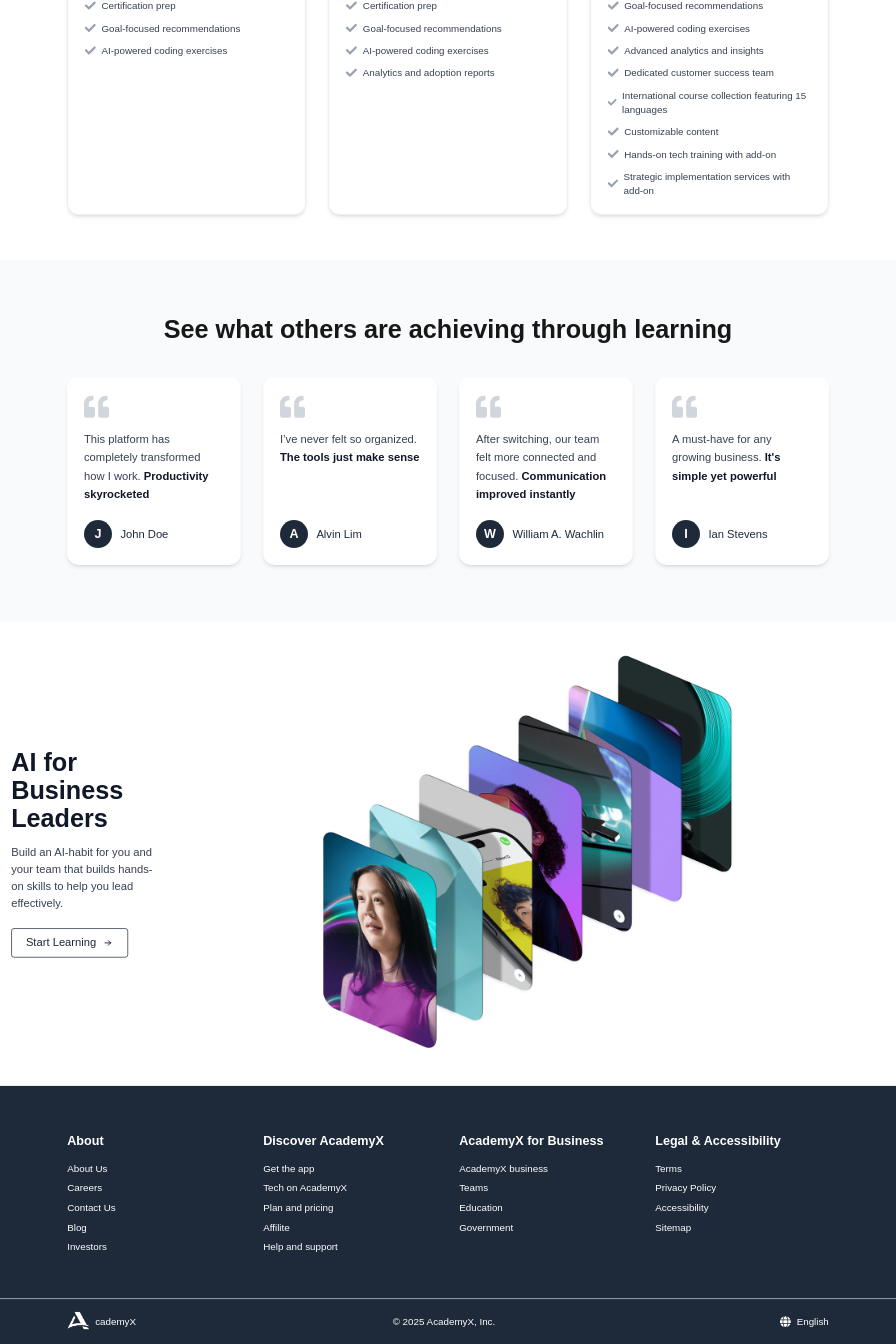
Repository: MohamedSalah54/full-stack-e-learning
Page: / (app in frontend/)
The author's editor kept a copy of each file at every save. The page is drawn from the files as they stood at one save, then again after the next save.
The browser window is 1280 px wide. The pictures show the part of the page from y = 1920 to 3840 px (the page is 3840 px tall), at 70% of full size.
The project was rebuilt for these pictures with package versions that can differ from the ones it lists, and the page was loaded fresh each time. The framework's server and built-in components were replaced by stand-ins that run in the browser. Also part of the build but not shown: frontend/next.config.ts.

Above is the page before, as saved 2025-06-16 15:30:07.

### frontend/src/app/layout.tsx
import type { Metadata } from "next";
import { Geist, Geist_Mono } from "next/font/google";
import "./globals.css";
import { Providers } from "@/app/providers";
import Navbar from "@/components/Navbar";
import Footer from "@/components/Footer";

const geistSans = Geist({
  variable: "--font-geist-sans",
  subsets: ["latin"],
});

const geistMono = Geist_Mono({
  variable: "--font-geist-mono",
  subsets: ["latin"],
});

export const metadata: Metadata = {
  title: "Create Next App",
  description: "Generated by create next app",
};

export default function RootLayout({
  children,
}: Readonly<{
  children: React.ReactNode;
}>) {
  return (
    <html lang="en">
      <body
        className={`${geistSans.variable} ${geistMono.variable} antialiased`}
      >
        <Navbar />
        <Providers>{children}</Providers>
        <Footer />
      </body>
    </html>
  );
}

### frontend/src/app/page.tsx
import HeroBannerFixed from "@/components/home/HeroBannerFixed"
import HeroBannerSlider from "@/components/home/HeroBannerSlider"
import HeroCategories from "@/components/home/HeroCategories"
import HeroPlans from "@/components/home/HeroPlans"
import HeroTestimonials from "@/components/home/HeroTestimonials"

const Home = () => {
  return (
    <main className="flex flex-col items-center justify-center">
      <HeroBannerSlider />
      <HeroCategories />
      <HeroPlans />
      <HeroTestimonials />
      <HeroBannerFixed />

    </main>
  )
}

export default Home

### frontend/src/app/providers.jsx
'use client';

import { Provider } from 'react-redux';
import { store } from '@/redux/store/store';
export function Providers({ children }) {
  return <Provider store={store}>{children}</Provider>;
}

### frontend/src/components/Footer.tsx
"use client"
import { useRouter } from "next/navigation";
import { FaGlobe } from "react-icons/fa";

export default function Footer() {
    const router = useRouter()
  return (
    <footer className="bg-gray-800 text-white">
      {/* Top Footer */}
      <div className="w-full px-6 md:px-16 lg:px-24 py-16">
        <div className="grid grid-cols-2 md:grid-cols-4 gap-8">
          {/* Column 1 */}
          <div>
            <h3 className="font-semibold text-lg mb-4">About</h3>
            <ul className="space-y-2 text-sm">
              <li>About Us</li>
              <li>Careers</li>
              <li>Contact Us</li>
              <li>Blog</li>
              <li>Investors</li>
            </ul>
          </div>

          {/* Column 2 */}
          <div>
            <h3 className="font-semibold text-lg mb-4">Discover AcademyX</h3>
            <ul className="space-y-2 text-sm">
              <li>Get the app</li>
              <li>Tech on AcademyX</li>
              <li>Plan and pricing</li>
              <li>Affilite</li>
              <li>Help and support</li>
            </ul>
          </div>

          {/* Column 3 */}
          <div>
            <h3 className="font-semibold text-lg mb-4">AcademyX for Business</h3>
            <ul className="space-y-2 text-sm">
              <li>AcademyX business</li>
              <li>Teams</li>
              <li>Education</li>
              <li>Government</li>
            </ul>
          </div>

          {/* Column 4 */}
          <div>
            <h3 className="font-semibold text-lg mb-4">Legal & Accessibility</h3>
            <ul className="space-y-2 text-sm">
              <li>Terms</li>
              <li>Privacy Policy</li>
              <li>Accessibility</li>
              <li>Sitemap</li>
            </ul>
          </div>
        </div>
      </div>

      {/* Divider */}
      <div className="border-t border-white" />

      {/* Bottom Footer */}
      <div className="bg-gray-800 text-white py-4 px-6 md:px-16 lg:px-24 flex flex-col md:flex-row justify-between items-center text-sm">
        {/* Left side */}
        <div className="flex items-center gap-2 mb-4 md:mb-0 cursor-pointer" onClick={() => router.push('/')}>
          <img src="/logo.png" alt="Logo" className="w-8 h-8 invert" />
          <span>cademyX</span>

        </div>
        <span className="mr-10">© 2025 AcademyX, Inc.</span>

        {/* Right side */}
        <div className="flex items-center gap-2">
          <FaGlobe className="w-4 h-4" />
          <span>English</span>
        </div>
      </div>
    </footer>
  );
}

### frontend/src/components/home/HeroBannerFixed.tsx
// components/HeroBannerFixed.tsx
'use client';

import { HiOutlineArrowSmRight } from "react-icons/hi";

const HeroBannerFixed = () => {
    return (
        <section className="w-full bg-white py-10">
            <div className="max-w-7xl mx-auto px-4 flex flex-col-reverse md:flex-row items-center justify-between gap-10">
                {/* Text content on the left */}
                <div className="w-full md:w-1/2 text-left">
                    <h1 className="text-2xl sm:text-3xl md:text-4xl font-bold text-gray-900 mb-4">
                        AI for Business Leaders
                    </h1>
                    <span className="block text-gray-700 text-base mb-6">
                        Build an AI-habit for you and your team that builds hands-on skills to help you lead effectively.

                    </span>
                    <button className="px-5 py-2 bg-white text-gray-800 border border-gray-800 rounded hover:bg-gray-200 transition flex items-center gap-2 cursor-pointer">
                        Start Learning <HiOutlineArrowSmRight />
                    </button>

                </div>

                {/* Image on the right */}
                <div className="w-full flex justify-end">
                    <div className="w-full md:w-[500px] lg:w-[1000px] ml-auto">
                        <img
                            src="/hero-fixed.png"
                            alt="Hero"
                            className="w-full h-auto rounded-md object-contain"
                        />
                    </div>
                </div>
            </div>
        </section>
    );
};

export default HeroBannerFixed;

### frontend/src/components/home/HeroBannerSlider.tsx
"use client";

import React, { useState } from "react";
import { FaArrowLeft, FaArrowRight } from "react-icons/fa";
import { heroSlides } from "@/constants";

const slides = heroSlides;

const HeroBannerSlider = () => {
  const [current, setCurrent] = useState(0);

  const nextSlide = () => {
    setCurrent((prev) => (prev + 1) % slides.length);
  };

  const prevSlide = () => {
    setCurrent((prev) => (prev - 1 + slides.length) % slides.length);
  };

  return (
    <>
      {/* Slider Section */}
      <section className="w-full relative bg-white overflow-hidden">
        {/* Wrapper for center and padding on large screens */}
        <div className="w-full max-w-screen-xl mx-auto relative h-[300px] sm:h-[400px] md:h-[500px]">
          {slides.map((slide, index) => (
            <img
              key={index}
              src={slide.image}
              alt="Hero"
              className={`absolute top-0 left-0 w-full h-full object-cover object-[60%] transition-opacity duration-700 ${
                index === current ? "opacity-100 z-10" : "opacity-0 z-0"
              }`}
            />
          ))}

          {/* Arrows */}
          <button
            onClick={prevSlide}
            className="absolute top-1/2 left-4 transform -translate-y-1/2 bg-white text-black p-2 rounded-full shadow hover:bg-gray-200 z-40"
          >
            <FaArrowLeft />
          </button>
          <button
            onClick={nextSlide}
            className="absolute top-1/2 right-4 transform -translate-y-1/2 bg-white text-black p-2 rounded-full shadow hover:bg-gray-200 z-40"
          >
            <FaArrowRight />
          </button>

          {/* Text Box for Large Screens */}
          <div className="hidden md:block absolute top-1/2 left-[170px] transform -translate-y-1/2 z-30">
            <div className="bg-white/90 p-5 rounded-md max-w-sm shadow-md">
              <h1 className="text-2xl lg:text-3xl font-bold text-gray-900 mb-2">
                {slides[current].title}
              </h1>
              <p className="text-gray-700 text-base">{slides[current].description}</p>
            </div>
          </div>
        </div>
      </section>

      {/* Text Below Image for Small Screens */}
      <div className="block md:hidden w-full bg-white pt-6 px-4">
        <div className="bg-white p-0 shadow-none rounded-none">
          <h1 className="text-xl font-bold text-gray-900 mb-2">{slides[current].title}</h1>
          <p className="text-gray-700 text-sm">{slides[current].description}</p>
        </div>
      </div>

      {/* Section Below */}
      <div className="w-full text-left py-10 bg-white px-4 sm:px-10 md:px-32">
        <h1 className="text-2xl sm:text-3xl font-bold text-gray-900 mb-4">
          Ready to reimagine your career?
        </h1>
        <p className="text-base sm:text-lg text-gray-700 max-w-xl">
          Get the skills and real-world experience employers want with Career Accelerators.
        </p>
      </div>
    </>
  );
};

export default HeroBannerSlider;

### frontend/src/components/home/HeroCategories.tsx
import { heroCategories } from "@/constants";

const HeroCategories = () => {
    const categories = heroCategories
    return (
       <section className="w-full py-16 px-4 bg-white">
  {/* Cards */}
  <div className="max-w-7xl mx-auto grid grid-cols-1 sm:grid-cols-2 lg:grid-cols-3 gap-8">
    {categories.map((cat, index) => (
      <div
        key={index}
        className="bg-white rounded-xl overflow-hidden shadow transition min-h-[350px] hover:bg-gray-100 cursor-pointer"
      >
        <img
          src={cat.image}
          alt={cat.title}
          className="w-full h-[250px] object-contain bg-white"
        />
        <div className="p-4">
          <h3 className="text-xl font-semibold text-gray-900 mb-2">{cat.title}</h3>
          <p className="text-sm text-gray-600 flex items-center gap-2">
            {"⭐".repeat(Math.round(cat.rating))}
            <span className="text-xs text-gray-500 ml-2">
              ({cat.reviews} reviews)
            </span>
          </p>
        </div>
      </div>
    ))}
  </div>

  {/* Search button */}
  <div className="flex justify-start mt-10 max-w-7xl mx-auto">
    <button className="bg-gray-800 text-white px-6 py-3 rounded-md hover:bg-gray-700 transition cursor-pointer">
      Search All Categories
    </button>
  </div>

  {/* Heading + Span */}
  <div className="text-left mt-10 max-w-7xl mx-auto">
    <h1 className="text-3xl font-bold text-gray-900 mb-2">
      All the skills you need in one place
    </h1>
    <span className="text-gray-600 text-base">
      From critical skills to technical topics, AcademyX supports your professional development.
    </span>
  </div>
</section>

    );
};

export default HeroCategories;

### frontend/src/components/home/HeroPlans.tsx
import { heroPlans } from "@/constants";
import { FaCheck, FaArrowRight } from "react-icons/fa";

export default function HeroPlans() {
    return (
        <section className="w-full bg-white py-16 px-6 md:px-16 lg:px-24">
            <div className="max-w-full mx-auto">
                <h1 className="text-4xl font-bold mb-4 text-center">
                    Accelerate growth — for you or your organization
                </h1>
                <span className="text-gray-600 mb-12 block text-center">
                    Reach goals faster with one of our plans or programs. Try one free today or contact sales to learn more.
                </span>

                <div className="grid grid-cols-1 md:grid-cols-3 gap-8">
                    {heroPlans.map((plan, index) => {
                        const Icon = plan.icon;
                        return (
                            <div
                                key={index}
                                className="w-full rounded-2xl shadow-md border border-gray-200 overflow-hidden hover:shadow-xl transition duration-300 flex flex-col min-h-[550px]"
                            >
                                {/* Top Border */}
                                <div className={`h-2 ${plan.color}`}></div>

                                <div className="p-6 flex flex-col flex-grow">
                                    {/* Title Section */}
                                    <div className="mb-6 text-center">
                                        <h2 className="text-xl font-bold mb-1">{plan.name}</h2>
                                        <div className="flex justify-center items-center gap-2 text-xs text-gray-600">
                                            <Icon className="w-4 h-4" />
                                            <span className="capitalize">{plan.type}</span>
                                        </div>
                                    </div>

                                    {/* Price */}
                                    <p className="text-2xl font-bold text-gray-900 text-center mb-6">
                                        {plan.price}
                                    </p>

                                    {/* Button */}
                                    <div className="flex justify-center mb-6">
                                        <button className="flex items-center gap-2 bg-gray-800 text-white px-6 py-3 rounded-full hover:bg-gray-700 transition">
                                            Try it free
                                            <FaArrowRight className="w-3 h-3" />
                                        </button>
                                    </div>

                                    {/* Features */}
                                    <ul className="text-sm text-gray-700 space-y-3">
                                        {plan.features.map((feature, idx) => (
                                            <li key={idx} className="flex items-center gap-2">
                                                <FaCheck className="text-gray-400 w-4 h-4" />
                                                {feature}
                                            </li>
                                        ))}
                                    </ul>

                                    {/* Spacer */}
                                    <div className="flex-grow" />
                                </div>
                            </div>
                        );
                    })}
                </div>
            </div>
        </section>
    );
}

### frontend/src/components/home/HeroTestimonials.tsx
 import { heroTestimonials } from "@/constants";
import { FaQuoteLeft } from "react-icons/fa";

export default function HeroTestimonials() {
  return (
    <section className="w-full bg-gray-50 py-20 px-6 md:px-16 lg:px-24">
      <div className="max-w-7xl mx-auto">
        <h1 className="text-4xl font-bold text-center mb-12">See what others are achieving through learning</h1>
        <div className="grid grid-cols-1 md:grid-cols-2 lg:grid-cols-4 gap-8">
          {heroTestimonials.map((item) => (
            <div
              key={item.id}
              className="bg-white rounded-2xl shadow-md p-6 flex flex-col justify-between h-full"
            >
              {/* Quote icon */}
              <div className="text-gray-300 text-4xl mb-4">
                <FaQuoteLeft />
              </div>

              {/* Text */}
              <p className="text-gray-700 mb-6 leading-relaxed">
                {item.text}
                <strong className="font-semibold text-gray-900"> {item.highlight}</strong>
              </p>

              {/* Avatar */}
              <div className="flex items-center gap-3 mt-auto">
                <div className="w-10 h-10 bg-gray-800 text-white flex items-center justify-center rounded-full text-lg font-bold">
                  {item.name[0]}
                </div>
                <span className="text-gray-800 font-medium">{item.name}</span>
              </div>
            </div>
          ))}
        </div>
      </div>
    </section>
  );
}

### frontend/src/constants/index.ts
//Home Page
import { FaUser, FaUsers, FaBuilding , FaQuoteLeft} from "react-icons/fa";


export const heroSlides = [
    {
        image: "/banner1.jpg",
        title: "Skills that drive you forward",
        description: "Technology and the world of work change fast — with us, you’re faster. Get the skills to achieve goals and stay competitive.",
    },
    {
        image: "/banner2.jpg",
        title: "Learning that gets you",
        description: "Skills for your present (and your future). Get started with us.",
    },
];

export const heroCategories = [
    {
        title: "Full Stack Web Development",
        image: "/full-stack.jpg",
        rating: 5.0,
        reviews: 2100,
    },
    {
        title: "Digital Marketing",
        image: "/digital-marketing.jpg",
        rating: 4.0,
        reviews: 980,
    },
    {
        title: "Data Science",
        image: "/data-science.jpg",
        rating: 4.5,
        reviews: 1234,
    },
];


export const heroPlans = [
  {
    name: "Personal Plan",
    icon: FaUser,
    type: "For you",
    price: "Starting at E£204.00 per month",
    features: [" Access to 26,000+ top courses", "Certification prep", "Goal-focused recommendations","AI-powered coding exercises"],
    color: "bg-gray-800",
  },
  {
    name: "Team Plan",
    icon: FaUsers,
    type: "For your team",
    price: "E£1,490.00 a month per user",
    features: ["Access to 13,000+ top courses", " Certification prep", "Goal-focused recommendations","AI-powered coding exercises","Analytics and adoption reports"],
    color: "bg-gray-600",
  },
  {
    name: "Organize Plan",
    icon: FaBuilding,
    type: "For your organization",
    price: "Contact sales for price",
    features: ["Access to 30,000+ top courses", "Certification prep", "Goal-focused recommendations","AI-powered coding exercises","Advanced analytics and insights","Dedicated customer success team","International course collection featuring 15 languages","Customizable content","Hands-on tech training with add-on","Strategic implementation services with add-on"],
    color: "bg-gray-400",
  },
];

export const heroTestimonials = [
  {
    id: 1,
    text: `This platform has completely transformed how I work. `,
    highlight: `Productivity skyrocketed`,
    name: "John Doe",
  },
  {
    id: 2,
    text: `I’ve never felt so organized. `,
    highlight: `The tools just make sense`,
    name: "Alvin Lim",
  },
  {
    id: 3,
    text: `After switching, our team felt more connected and focused. `,
    highlight: `Communication improved instantly`,
    name: "William A. Wachlin",
  },
  {
    id: 4,
    text: `A must-have for any growing business. `,
    highlight: `It's simple yet powerful`,
    name: "Ian Stevens",
  },
];

Loaded but not shown: frontend/src/app/globals.css (common file); frontend/src/redux/store/store.ts (common file); frontend/src/components/Navbar.tsx (164 lines, source omitted)

After the next save:
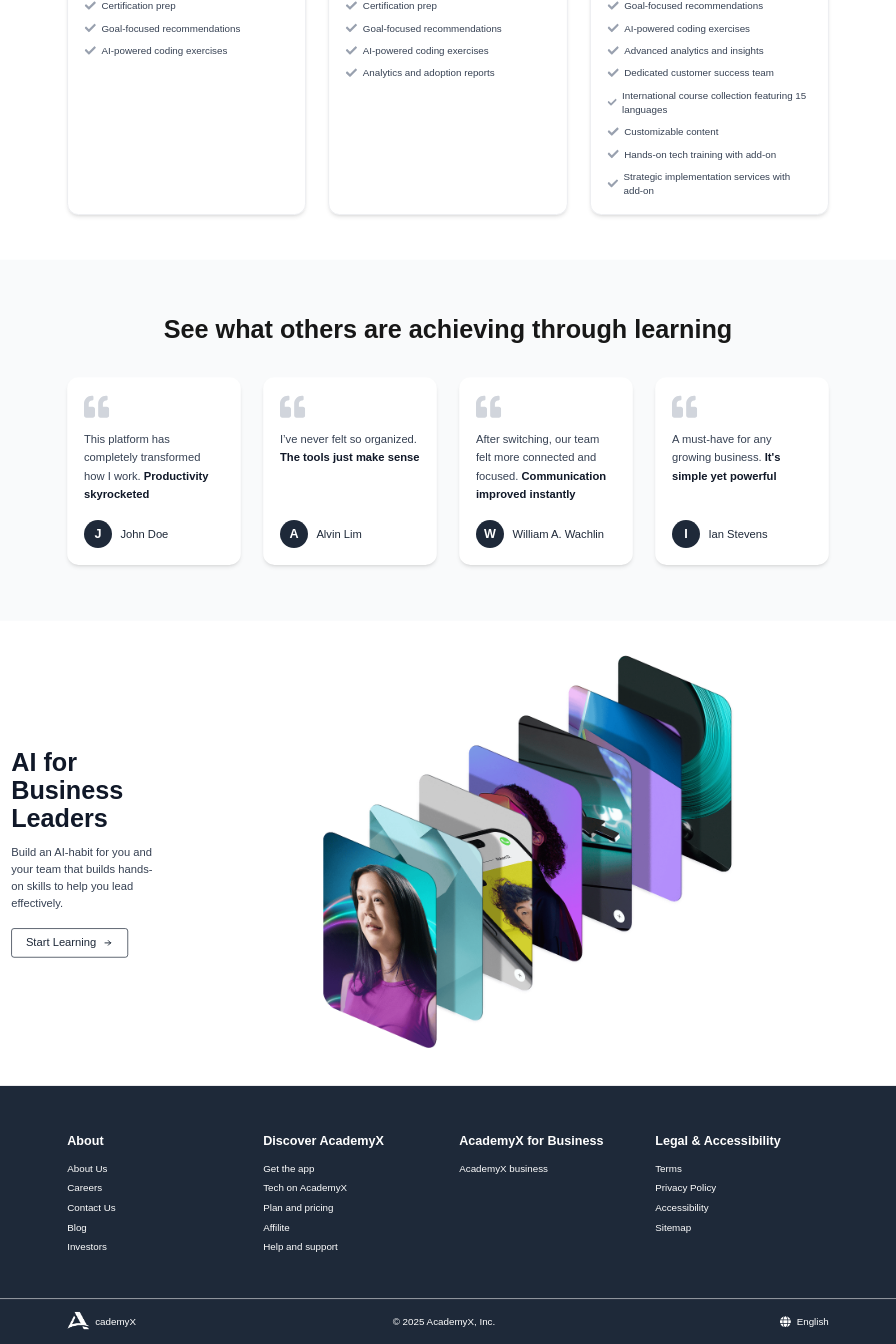
Saved 5 s later.
--- a/frontend/src/components/Footer.tsx
+++ b/frontend/src/components/Footer.tsx
@@ -38,9 +38,6 @@
             <h3 className="font-semibold text-lg mb-4">AcademyX for Business</h3>
             <ul className="space-y-2 text-sm">
               <li>AcademyX business</li>
-              <li>Teams</li>
-              <li>Education</li>
-              <li>Government</li>
             </ul>
           </div>
 
